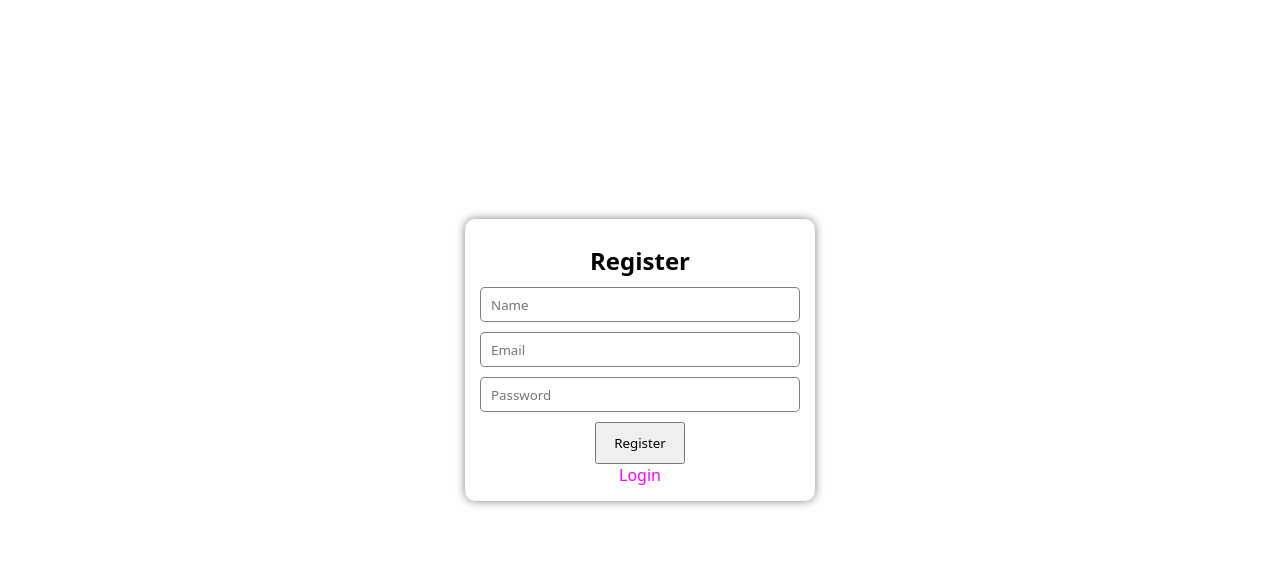
Repository: SanjaySokal/learn-java
Page: http://localhost/ServletProject/register.jsp
These files come from the project's save history. The page is drawn as it stood at one moment and after the next save; the edit follows.
The browser window is 1280 px wide. The pictures show the whole page.
The page is served by Tomcat 9. Other server files are loaded and not shown.

Above is the page before, as saved 2023-09-09 03:17:31.

### ServletProject/src/main/webapp/register.jsp
<%@ page language="java" contentType="text/html; charset=UTF-8"
    pageEncoding="UTF-8"%>
<!DOCTYPE html>
<html>
<head>
	<meta charset="UTF-8">
	<title>Register</title>
	<link rel="stylesheet" href="style.css">
</head>
<body>
	<div class="body-center">
		<form method="post" action="register">
			<h2>Register</h2>
			<input type="text" placeholder="Name" name="name" required>
			<input type="email" placeholder="Email" name="email" required>
			<input type="password" placeholder="Password" name="password" required>
			<button type="submit">Register</button>
			<a href="login.jsp">Login</a>
		</form>
	</div>
</body>
</html>

### ServletProject/src/main/webapp/style.css
@charset "UTF-8";
* {
	margin: 0;
	padding: 0;
	box-sizing: border-box;
	font-family: system-ui, -apple-system, BlinkMacSystemFont, 'Segoe UI', Roboto, Oxygen, Ubuntu, Cantarell, 'Open Sans', 'Helvetica Neue', sans-serif;
}

.body-center {
	display: flex;
	align-items: center;
	justify-content: center;
	height: 100vh;
}

form {
	max-width: 350px;
	border-radius: 10px;
	box-shadow: 0 0 10px rgba(0, 0, 0, 0.5);
	padding: 15px;
}

form h2 {
	text-align: center;
	margin: 10px auto;
}

form input {
	width: 100%;
	outline: none;
	border: 1px solid rgba(0, 0, 0, 0.5);
	border-radius: 5px;
	height: 35px;
	margin-bottom: 10px;
	padding: 0 10px;
}

form button {
	padding: 10px 17px;
	cursor: pointer;
	display: block;
	margin: 0px auto;
}

form a {
	text-decoration: none;
	color: #ff00ff;
	display: block;
	text-align: center;
}

After the next save:
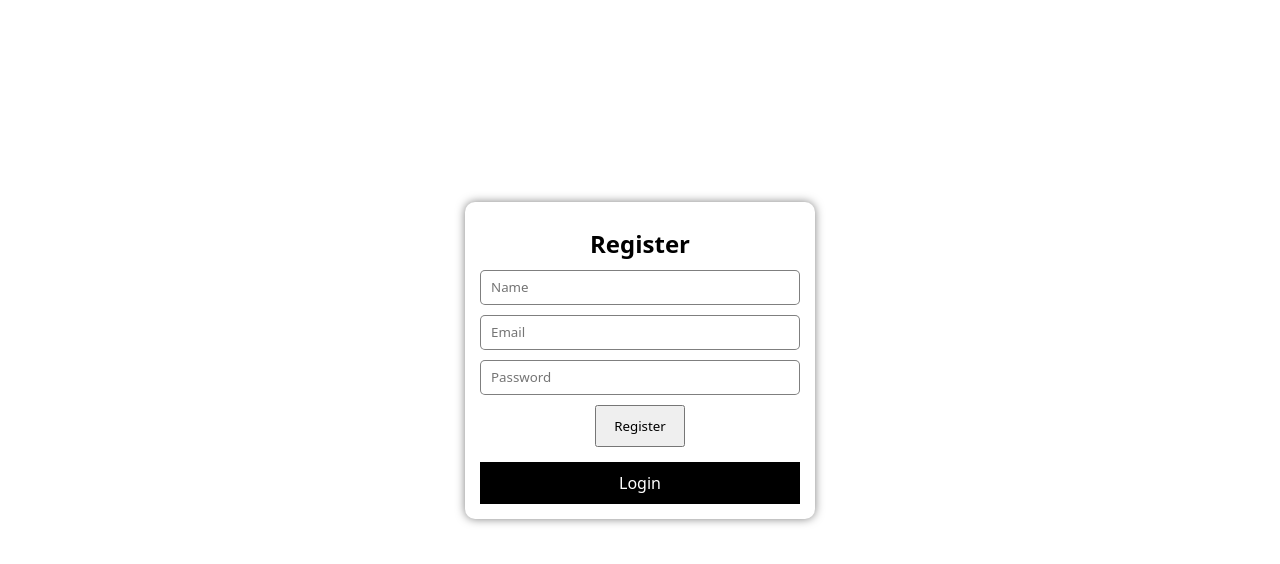
Saved 42 s later.
--- a/ServletProject/src/main/webapp/style.css
+++ b/ServletProject/src/main/webapp/style.css
@@ -44,7 +44,10 @@
 
 form a {
 	text-decoration: none;
-	color: #ff00ff;
+	color: #fff;
 	display: block;
 	text-align: center;
+	margin-top: 15px;
+	background-color: #000;
+	padding: 10px;
 }
